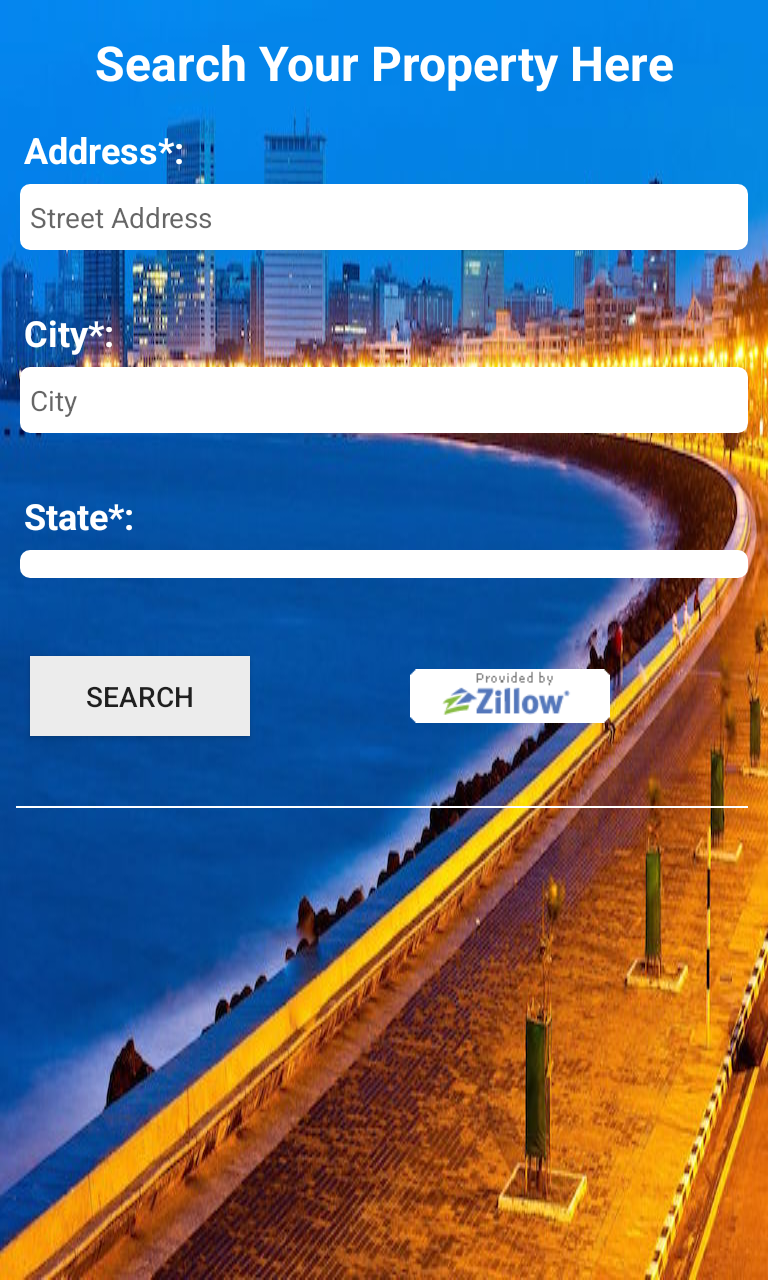
Repository: Warun26/PropertySearch
Layout: PropertySearch/res/layout/activity_main.xml
The author's editor kept a copy of each file at every save. The layout is drawn from the files as they stood at one save, then again after the next save.
It is drawn on a 768 x 1280 px phone screen (xhdpi) without system bars, with theme AppTheme; the app's code is not run. The app's manifest (not shown) leaves right-to-left support off. So textAlignment, textDirection and layoutDirection are ignored, and left and right values win over start and end ones.

Above is the layout before, as saved 2014-11-24 15:33:31.

After the next save:
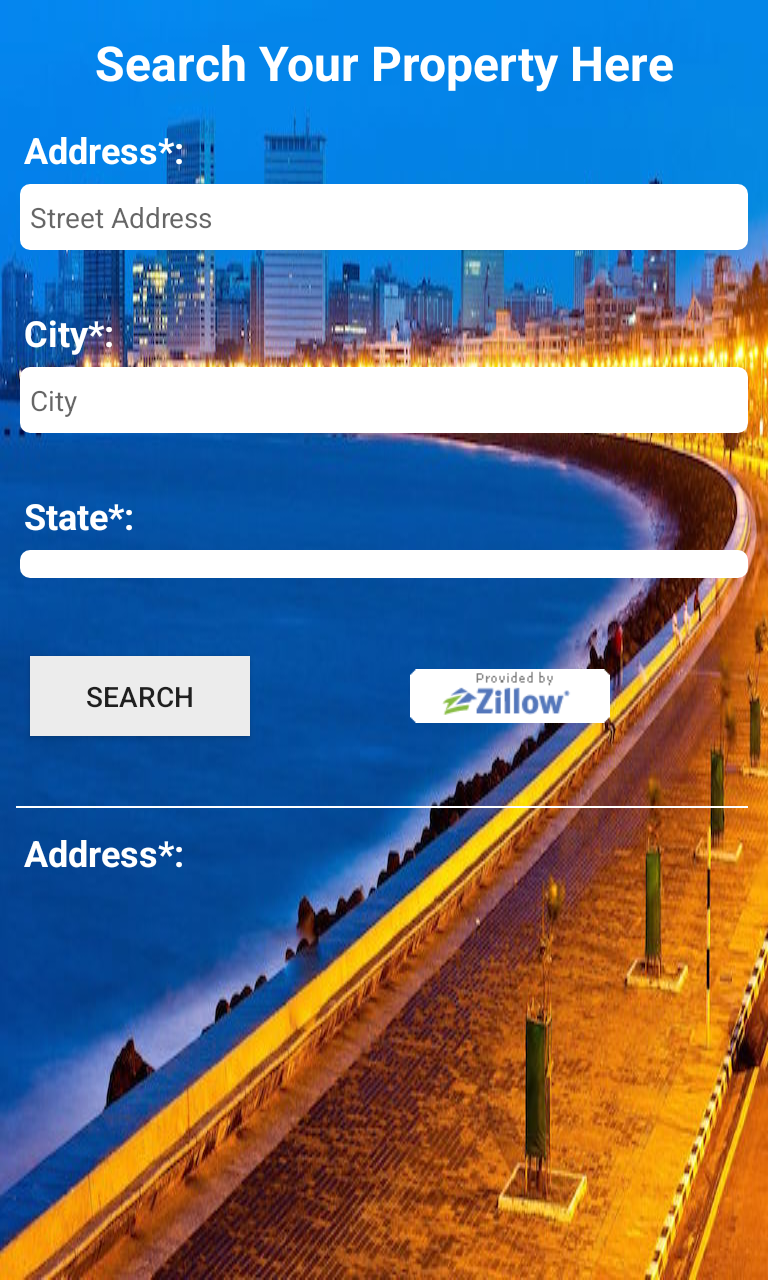
Saved 2 h 3 min later.
--- a/PropertySearch/res/layout/activity_main.xml
+++ b/PropertySearch/res/layout/activity_main.xml
@@ -191,4 +191,17 @@
         android:background="#fff"
         android:orientation="horizontal"
        />
+    <TextView
+            android:id="@+id/NoResults"
+            android:layout_gravity="center_horizontal"
+            android:layout_marginTop="10dp"
+            android:layout_marginBottom="5dp"
+            android:layout_marginStart="8dp"
+            android:layout_marginLeft="8dp"
+            android:layout_width="fill_parent"
+            android:layout_height="wrap_content"
+            android:text="@string/address"
+            android:textStyle="bold"
+            android:textColor="#fff"
+            android:textSize="18sp" />
 </LinearLayout>
